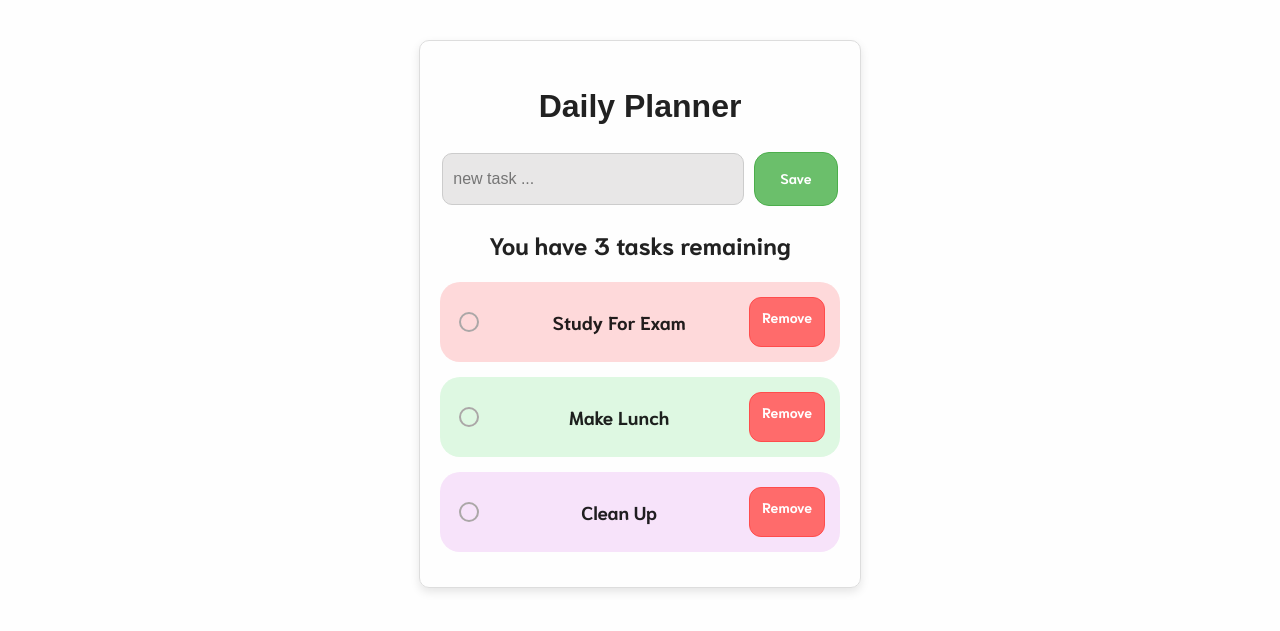
Repository: Zalida-Khan/Frontend-Lab4
Page: /
These files come from the project's save history. The page is drawn as it stood at one moment and after the next save; the edit follows.
The browser window is 1280 px wide. The pictures show the whole page.
Some web fonts or font styles are not loaded; a fallback is used. The project was rebuilt for these pictures with package versions that can differ from the ones it lists, and the page was loaded fresh each time. Also part of the build but not shown: vite.config.js.

Above is the page before, as saved 2024-10-22 21:36:27.

After the next save:
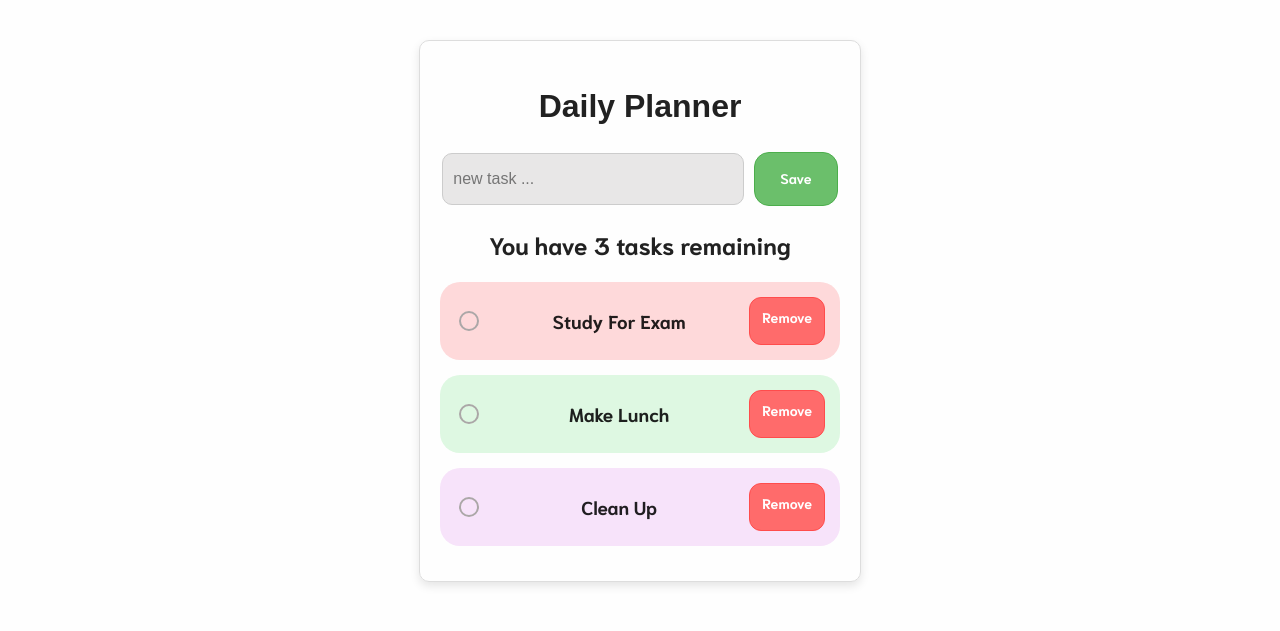
Saved 7 s later.
--- a/src/App.css
+++ b/src/App.css
@@ -108,7 +108,7 @@ h1 {
 .delete-btn {
   padding: 10px 12px;
   border-radius: 12px;
-  padding-bottom: 20px;
+  padding-bottom: 18px;
   font-family: "Niramit", sans-serif;
   background-color: #ff6b6b;
   border: 1px solid #ff4c4c;
